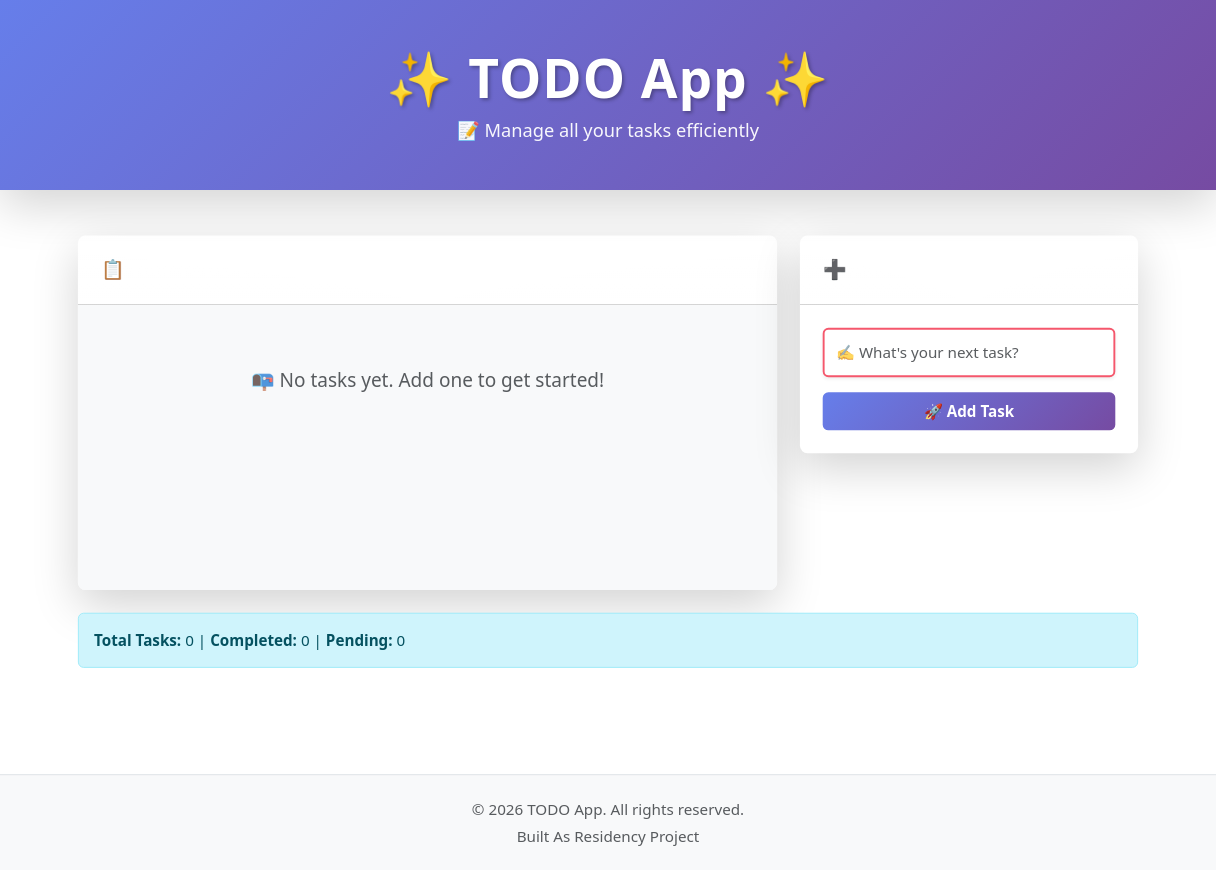
Repository: arunkr12/Master-In-Computer-Science
Page: Advanced Programming Language/Residency Project Team One Arun Javascript Version/TODO/index.html
An editor plug-in stored every save of this project. The page is shown before and after the next save, followed by the edit.
The browser window is 1280 px wide. The pictures show the whole page, at 95% of full size.
The page's requests for data from a server got no answer. Some web libraries are served in a nearby version.

Above is the page before, as saved 2026-02-20 18:44:10.

After the next save:
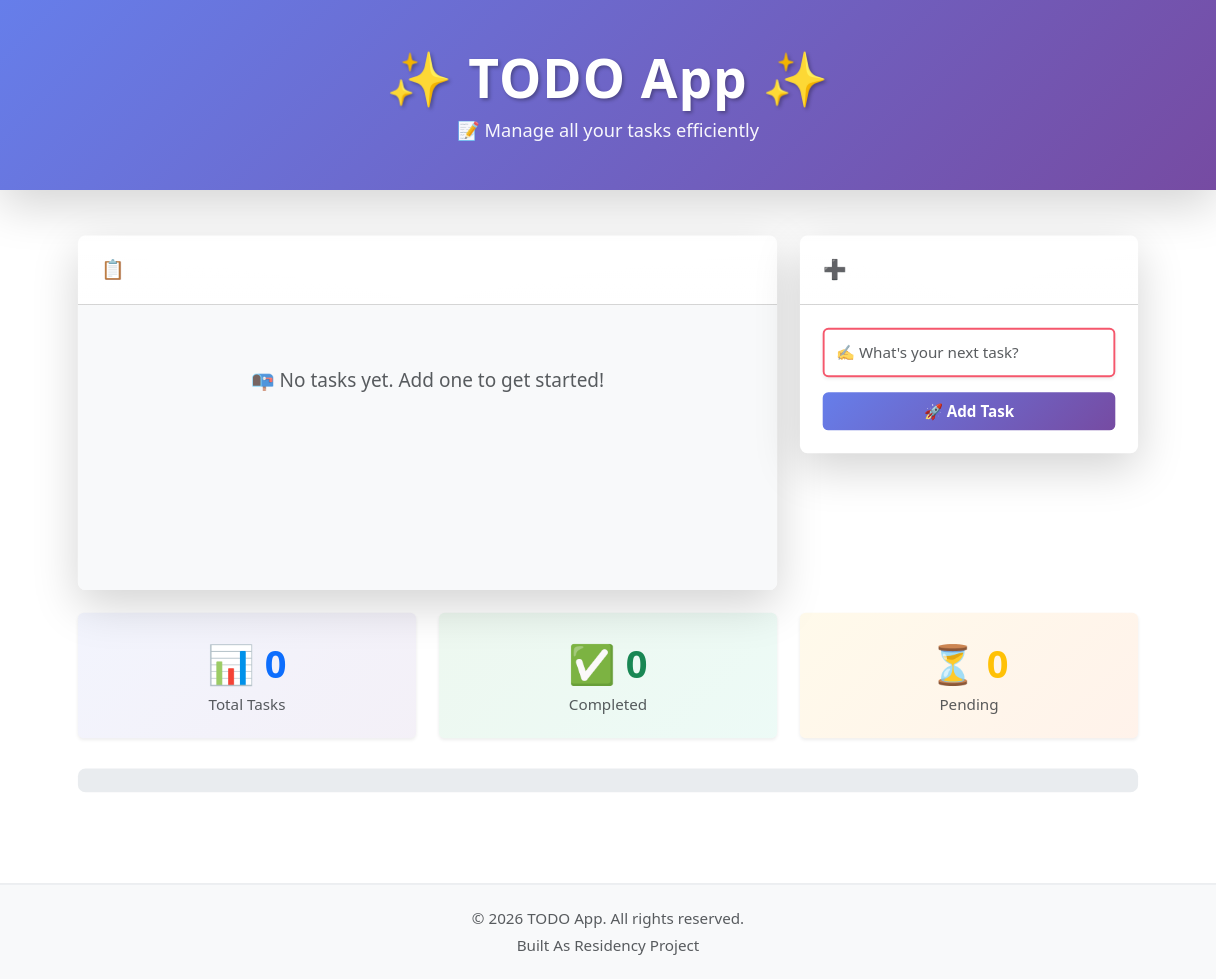
Saved 10 s later.
--- a/Advanced Programming Language/Residency Project Team One Arun Javascript Version/TODO/Stats/Stats.js
+++ b/Advanced Programming Language/Residency Project Team One Arun Javascript Version/TODO/Stats/Stats.js
@@ -20,11 +20,38 @@ class Stats {
   }
 
   render() {
+    const total = this.getTotalTasks();
+    const completed = this.getCompletedTasks();
+    const pending = this.getPendingTasks();
+    const percentage = total > 0 ? Math.round((completed / total) * 100) : 0;
+
     return `
-      <div class="alert alert-info" role="alert">
-        <strong>Total Tasks:</strong> ${this.getTotalTasks()} |
-        <strong>Completed:</strong> ${this.getCompletedTasks()} |
-        <strong>Pending:</strong> ${this.getPendingTasks()}
+      <div class="row mt-4">
+        <div class="col-md-4 mb-3">
+          <div class="card shadow-sm border-0 text-center p-4" style="background: linear-gradient(135deg, #667eea15 0%, #764ba215 100%); border-left: 4px solid #667eea;">
+            <div class="text-primary fw-bold" style="font-size: 2.5rem;">📊 ${total}</div>
+            <div class="text-muted fw-500">Total Tasks</div>
+          </div>
+        </div>
+        <div class="col-md-4 mb-3">
+          <div class="card shadow-sm border-0 text-center p-4" style="background: linear-gradient(135deg, #28a74515 0%, #20c99715 100%); border-left: 4px solid #28a745;">
+            <div class="text-success fw-bold" style="font-size: 2.5rem;">✅ ${completed}</div>
+            <div class="text-muted fw-500">Completed</div>
+          </div>
+        </div>
+        <div class="col-md-4 mb-3">
+          <div class="card shadow-sm border-0 text-center p-4" style="background: linear-gradient(135deg, #ffc10715 0%, #ff650715 100%); border-left: 4px solid #ff6b6b;">
+            <div class="text-warning fw-bold" style="font-size: 2.5rem;">⏳ ${pending}</div>
+            <div class="text-muted fw-500">Pending</div>
+          </div>
+        </div>
+      </div>
+      <div class="progress mt-3" style="height: 25px; border-radius: 8px;">
+        <div class="progress-bar bg-success fw-bold" role="progressbar"
+             style="width: ${percentage}%; border-radius: 8px;"
+             aria-valuenow="${percentage}" aria-valuemin="0" aria-valuemax="100">
+          ${percentage}% Complete
+        </div>
       </div>
     `;
   }
